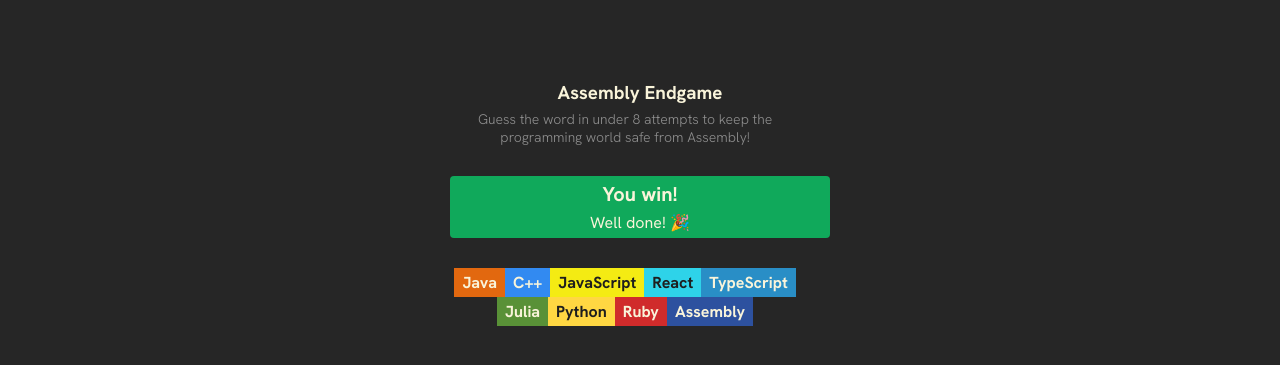
Repository: AchrafAzzaoui/AssemblyEndgame
Page: / (app in assembly-endgame/)
These files come from the project's save history. The page is drawn as it stood at one moment and after the next save; the edit follows.
The browser window is 1280 px wide. The pictures show the whole page.
The project was rebuilt for these pictures with package versions that can differ from the ones it lists, and the page was loaded fresh each time. Also part of the build but not shown: assembly-endgame/vite.config.js.

Above is the page before, as saved 2024-12-25 13:02:23.

After the next save:
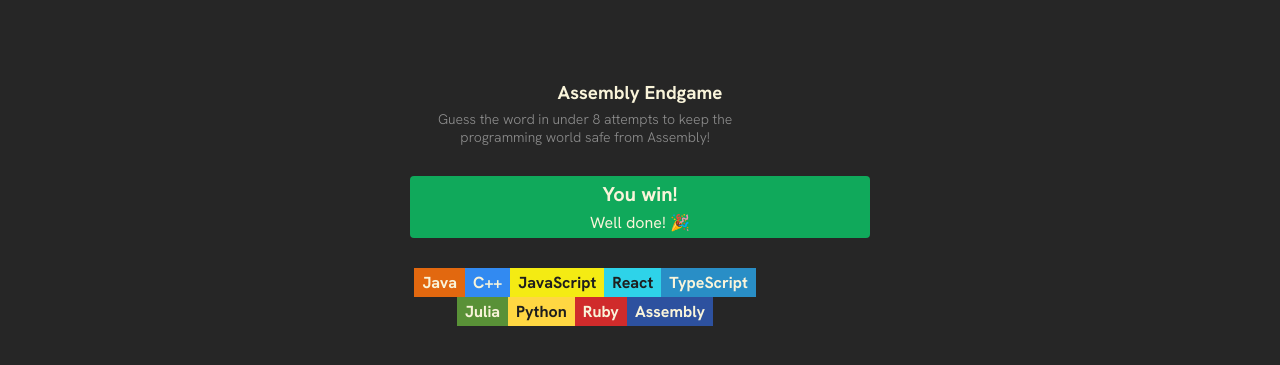
Saved 9 s later.
--- a/assembly-endgame/src/index.css
+++ b/assembly-endgame/src/index.css
@@ -39,7 +39,7 @@
   display: flex;
   flex-direction: column;
   align-items: center;
-  padding: 0px 140px;
+  padding: 0px 180px;
   margin: 20px 0;
   border-radius: 4px;
   margin-block: 30px;

After the save that followed:
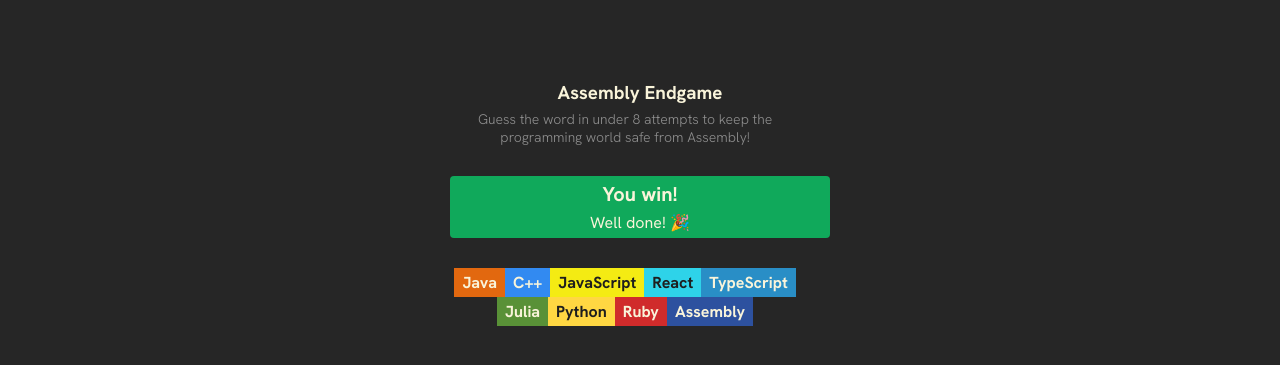
Saved 90 s later.
--- a/assembly-endgame/src/index.css
+++ b/assembly-endgame/src/index.css
@@ -39,7 +39,7 @@
   display: flex;
   flex-direction: column;
   align-items: center;
-  padding: 0px 180px;
+  padding: 0px 140px;
   margin: 20px 0;
   border-radius: 4px;
   margin-block: 30px;
